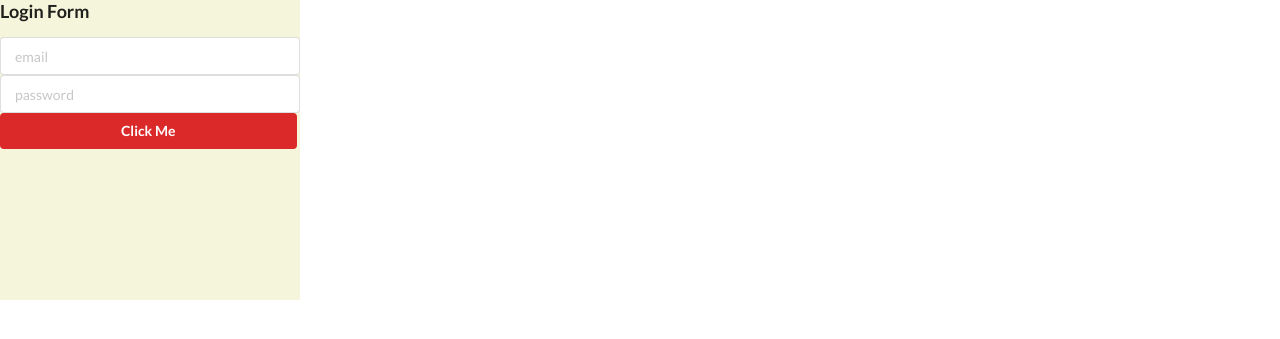
Repository: anagarango/dai-week4-assignment
Page: / (app in dai_web_ex/)
These files come from the project's save history. The page is drawn as it stood at one moment and after the next save; the edit follows.
The browser window is 1280 px wide. The pictures show the whole page.
The project was rebuilt for these pictures with package versions that can differ from the ones it lists, and the page was loaded fresh each time. The framework's server and built-in components were replaced by stand-ins that run in the browser. Also part of the build but not shown: dai_web_ex/next.config.js.

Above is the page before, as saved 2022-09-26 16:17:23.

### dai_web_ex/pages/_app.js
import 'semantic-ui-css/semantic.min.css'

function MyApp({ Component, pageProps }) {
  return <Component {...pageProps} />
}

export default MyApp

### dai_web_ex/pages/index.js
import { Button } from 'semantic-ui-react'
import {useRouter} from 'next/router'
import LoginForm from '../comps/loginform'
import { Dimmer, Loader, Image, Segment } from 'semantic-ui-react'

// The router and states are mostly used in the page for data/information state management
import {useState} from 'react'

export default function Home() {
  const r = useRouter();
  //before, during, after
  const [logInState, setLogInState] = useState("before")



  var c = "blue"
  var btn_text = "Click Me"

  if(logInState === "before"){
    c = "red";
  } if(logInState === "during"){
    c = "yellow";
    btn_text = "Waiting..."
  } if(logInState === "after"){
    c = "green";
    btn_text = "Transferring you to Dashboard!"
  }



  const HandleButtonColor = () =>{
    if (logInState === "before"){
      setLogInState("during");

    }
    if (logInState === "during"){
      setLogInState("after");

    }
    if (logInState === "after"){
      r.push("/dashboard")
    }
  }

  // async = when it takes time to connect to a server
  const Login = async () => {
    setLogInState("during");
    // its going to take time
    // mock of the time passing -> this code is useless and doesnt do anything
    await new Promise(resolve=>setTimeout(resolve, 3000))

    setLogInState("after");
    // its going to stall for 1-2 seconds
    await new Promise(resolve=>setTimeout(resolve, 2000))

    r.push("/dashboard")

  }

  return (
    <div>
      {/* <Button color={c} onClick={()=>Login()}>{btn_text} */}
      {/* <Segment>
        <Dimmer active> */}
          {/* {logInState === "during" && <Loader active/>} */}
        {/* </Dimmer>
      </Segment> */}
      {/* </Button> */}
      <LoginForm logInState={logInState} onLogInClick={()=>Login()}></LoginForm>

    </div>
  )
}

### dai_web_ex/comps/loginform/index.js
import { Button, Loader, Input } from 'semantic-ui-react'
import styled from 'styled-components'

export default function LoginForm({
    logInState="before",
    onLogInClick=()=>{}
}){

  const Box = styled.div`
    width: 300px;
    height: 300px;
    background-color: beige;
    display:flex;
    flex-direction: column
    `

    var c = "blue"
    var btn_text = "Click Me"

  if(logInState === "before"){
    c = "red";
  } if(logInState === "during"){
    c = "yellow";
    btn_text = "Waiting..."
  } if(logInState === "after"){
    c = "green";
    btn_text = "Transferring you to Dashboard!"
  }


    return <Box>
        <h3>Login Form</h3>
        <Input disabled={logInState !== "before"} placeholder="email"></Input>
        <Input disabled={logInState !== "before"} placeholder="password"></Input>
        <Button color={c} onClick={onLogInClick}>{btn_text}
        {logInState === "during" && <Loader active/>}
        </Button>

    </Box>
}

After the next save:
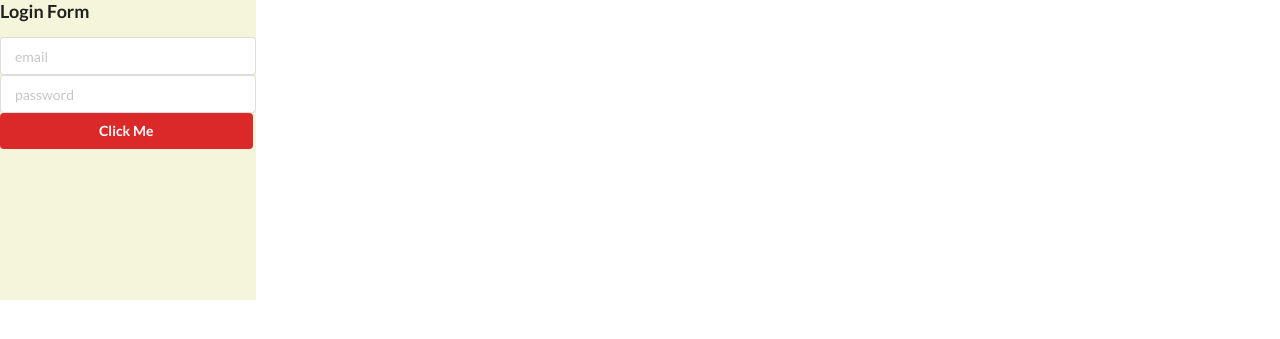
Saved 47 s later.
--- a/dai_web_ex/comps/loginform/index.js
+++ b/dai_web_ex/comps/loginform/index.js
@@ -7,11 +7,12 @@ export default function LoginForm({
 }){
 
   const Box = styled.div`
-    width: 300px;
+    width: 20%;
     height: 300px;
     background-color: beige;
     display:flex;
-    flex-direction: column
+    flex-direction: column;
+    content-box: 25%
     `
 
     var c = "blue"
